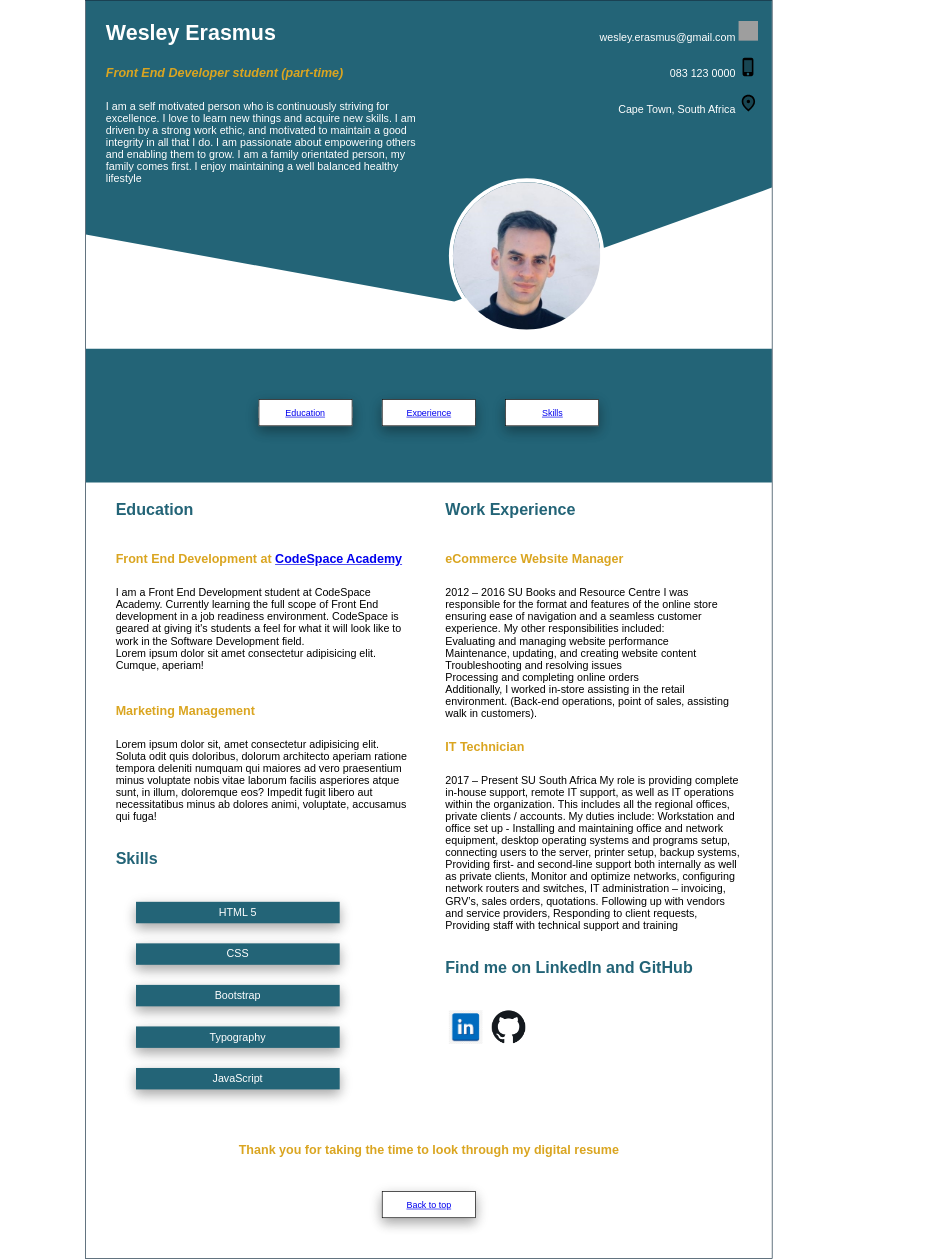
Repository: WesleyErasmus/myDigitalResume
Page: Resume-Projec-3/index.html
The author's editor kept a copy of each file at every save. The page is drawn from the files as they stood at one save, then again after the next save.
The browser window is 1280 px wide. The page is 1408 px wide, so the pictures cover 1408 px, including what lies to the right of the window. The pictures show the whole page, at 67% of full size.
Pictures or frames that could not be fetched are drawn as grey boxes.

Above is the page before, as saved 2022-02-12 21:41:11.

After the next save:
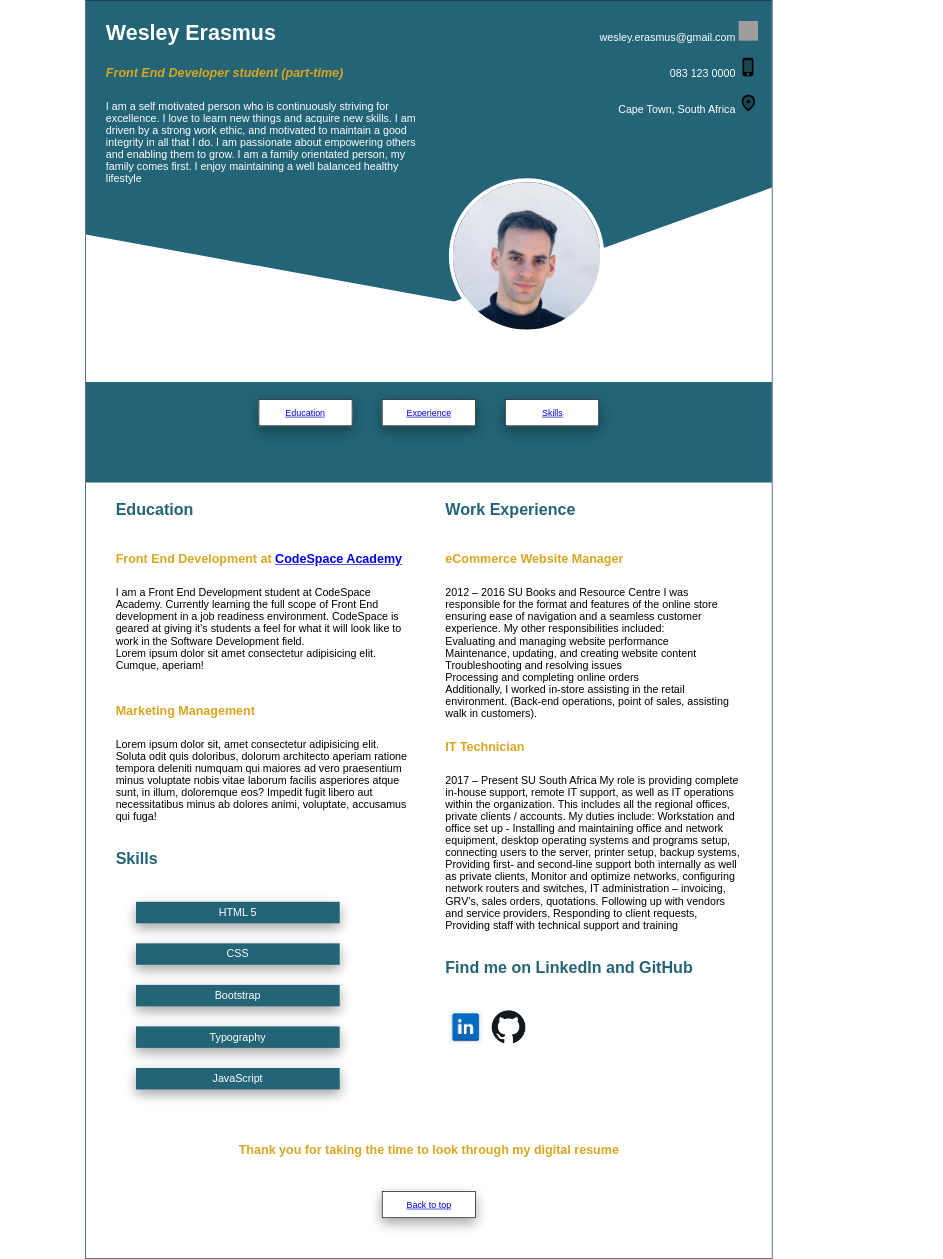
Saved 12 s later.
--- a/Resume-Projec-3/styles.css
+++ b/Resume-Projec-3/styles.css
@@ -134,7 +134,7 @@ margin-top: 20px;
     width: 1024px;
     z-index: -1;
     position: absolute;
-   bottom: 0px;
+    bottom: 0px;
     width: 100%;
-    height: 200px;
+
 }
